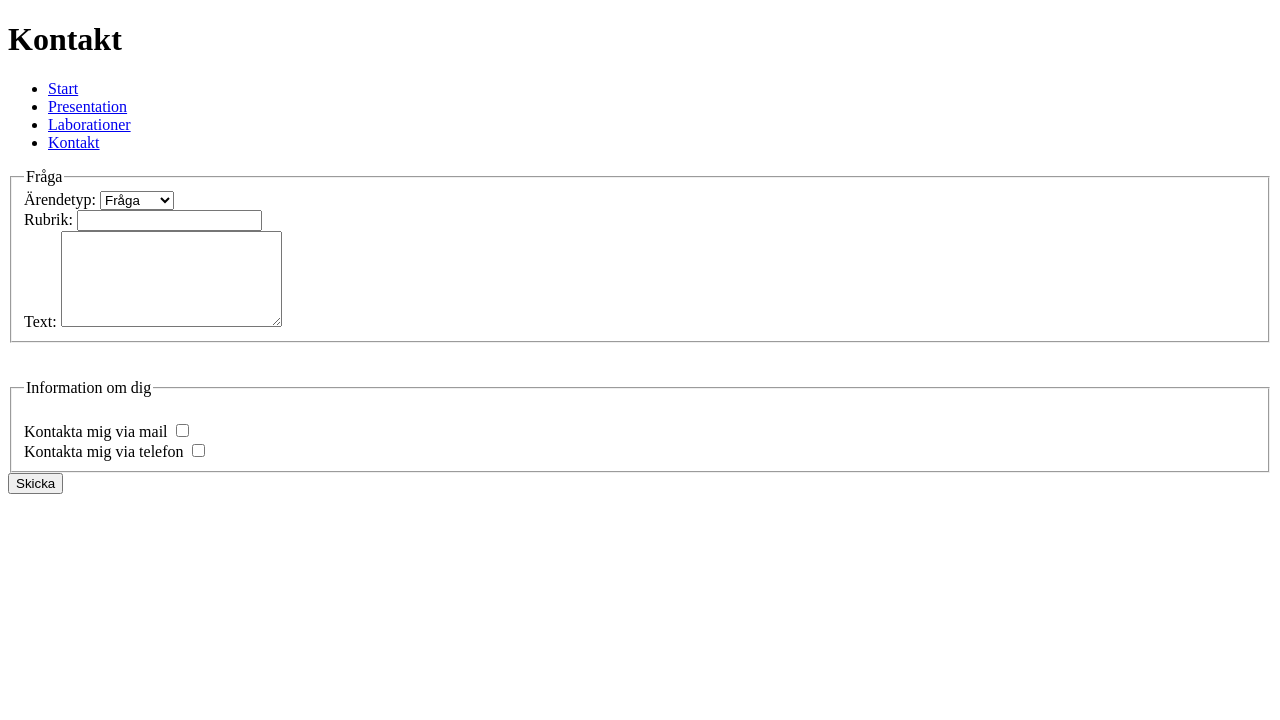
Repository: ma223md/1ik415
Page: Pages/kontakt.html
The author's editor kept a record of every edit. The page is drawn from the files as they stood at one moment, then again after the next edit.
The browser window is 1280 px wide. The pictures show the whole page.

Above is the page before.

After the next edit:
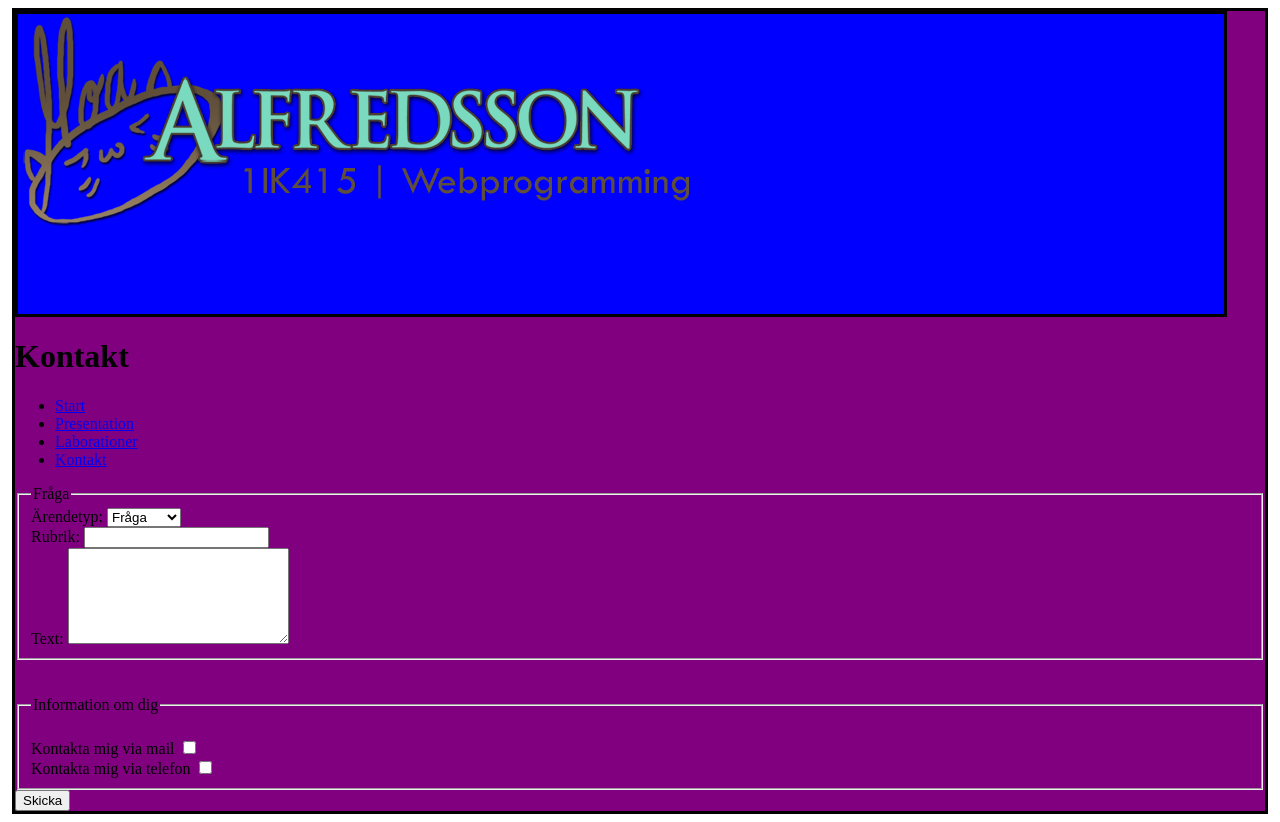
The edit:
--- a/Pages/kontakt.html
+++ b/Pages/kontakt.html
@@ -7,34 +7,39 @@
         <link rel="stylesheet" href="css/style.css" />
     </head>
     <body>
-        <h1>Kontakt</h1>
-        <ul>
-        <li><a href="../Index.html">Start</a></li>
-        <li><a href="../Pages/presentation.html">Presentation</a></li>
-        <li><a href="../Pages/laborationer.html">Laborationer</a></li>
-        <li><a href="../Pages/kontakt.html">Kontakt</a></li>
-        </ul>
-        <form name="contactForm" action="http://voyager.lnu.se/tekinet/kurser/dtt/wp_webbintro/form.php" method="post">
-            <fieldset>
-                <legend>Fråga</legend>
-                Ärendetyp:
-                <select name="errand">
-                    <option value="question">Fråga</option>
-                    <option value="greeting">Hälsning</option>
-                    <option value="other">Övrigt</option>
-                </select>
+        <div id="container">
+            <div id="header">
+                <img src="Pictures/logga2.png" alt="logga">
+            </div>
+            <h1>Kontakt</h1>
+            <ul>
+            <li><a href="../Index.html">Start</a></li>
+            <li><a href="../Pages/presentation.html">Presentation</a></li>
+            <li><a href="../Pages/laborationer.html">Laborationer</a></li>
+            <li><a href="../Pages/kontakt.html">Kontakt</a></li>
+            </ul>
+            <form name="contactForm" action="http://voyager.lnu.se/tekinet/kurser/dtt/wp_webbintro/form.php" method="post">
+                <fieldset>
+                    <legend>Fråga</legend>
+                    Ärendetyp:
+                    <select name="errand">
+                        <option value="question">Fråga</option>
+                        <option value="greeting">Hälsning</option>
+                        <option value="other">Övrigt</option>
+                    </select>
+                    <br>
+                    Rubrik: <input type="text" name="headline"><br>
+                    Text: <textarea  name="comments" cols="25" rows="6"></textarea>
+                </fieldset>
                 <br>
-                Rubrik: <input type="text" name="headline"><br>
-                Text: <textarea  name="comments" cols="25" rows="6"></textarea>
-            </fieldset>
-            <br>
-            <br>
-            <fieldset>
-                <legend>Information om dig</legend><br>
-                Kontakta mig via mail <input type="checkbox" name="contact" value="mail"><br>
-                Kontakta mig via telefon <input type="checkbox" name="contact" value="phone"><br>
-            </fieldset>
-            <input type="submit" value="Skicka" name="send">
-        </form>
+                <br>
+                <fieldset>
+                    <legend>Information om dig</legend><br>
+                    Kontakta mig via mail <input type="checkbox" name="contact" value="mail"><br>
+                    Kontakta mig via telefon <input type="checkbox" name="contact" value="phone"><br>
+                </fieldset>
+                <input type="submit" value="Skicka" name="send">
+            </form>
+        </div>
     </body>
 </html>
